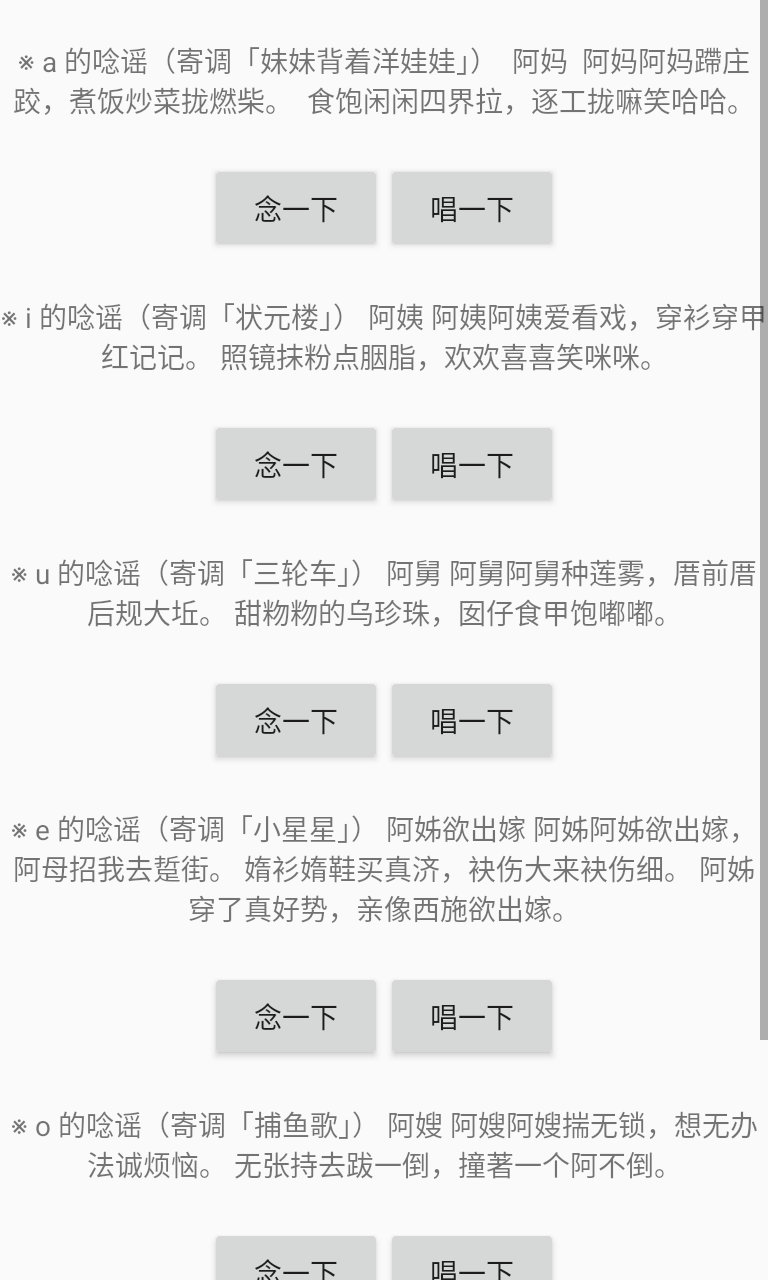
Repository: DIRONY/MinXue
Layout: MinXue/res/layout/fragment_nianyao.xml
An editor plug-in stored every save of this project. The layout is shown before and after the next save, followed by the edit.
It is drawn on a 768 x 1280 px phone screen (xhdpi) without system bars, with theme AppTheme; the app's code is not run.

Above is the layout before, as saved 2014-12-03 06:17:49.

After the next save:
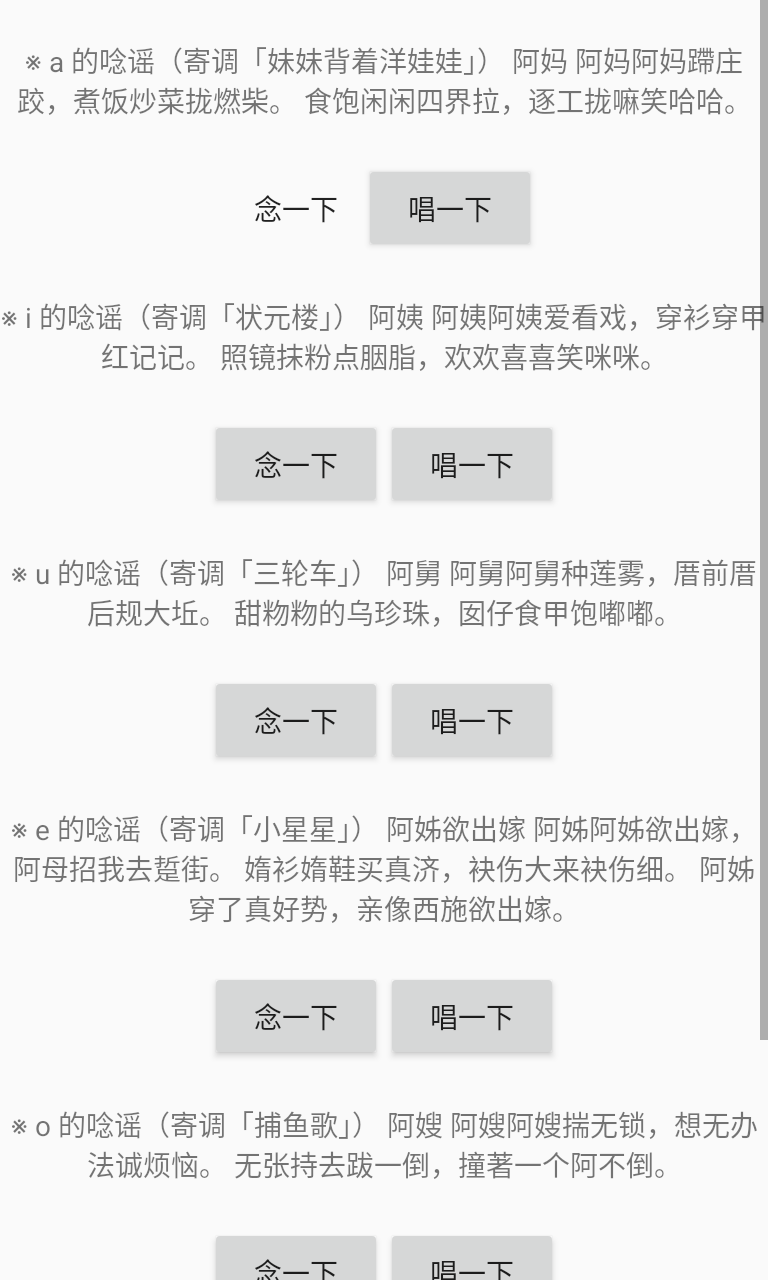
Saved 3 min 16 s later.
--- a/MinXue/res/layout/fragment_nianyao.xml
+++ b/MinXue/res/layout/fragment_nianyao.xml
@@ -15,11 +15,8 @@
             android:layout_marginTop="20dp"
             android:gravity="center"
             android:text="※ a 的唸谣（寄调「妹妹背着洋娃娃」）
-
 阿妈
-
 阿妈阿妈蹛庄跤，煮饭炒菜拢燃柴。
-
 食饱闲闲四界拉，逐工拢嘛笑哈哈。" />
 
         <LinearLayout
@@ -33,6 +30,7 @@
                 android:id="@+id/a_read"
                 android:layout_width="wrap_content"
                 android:layout_height="wrap_content"
+                style="?android:attr/actionButtonStyle"
                 android:text="念一下" />
 
             <Button
